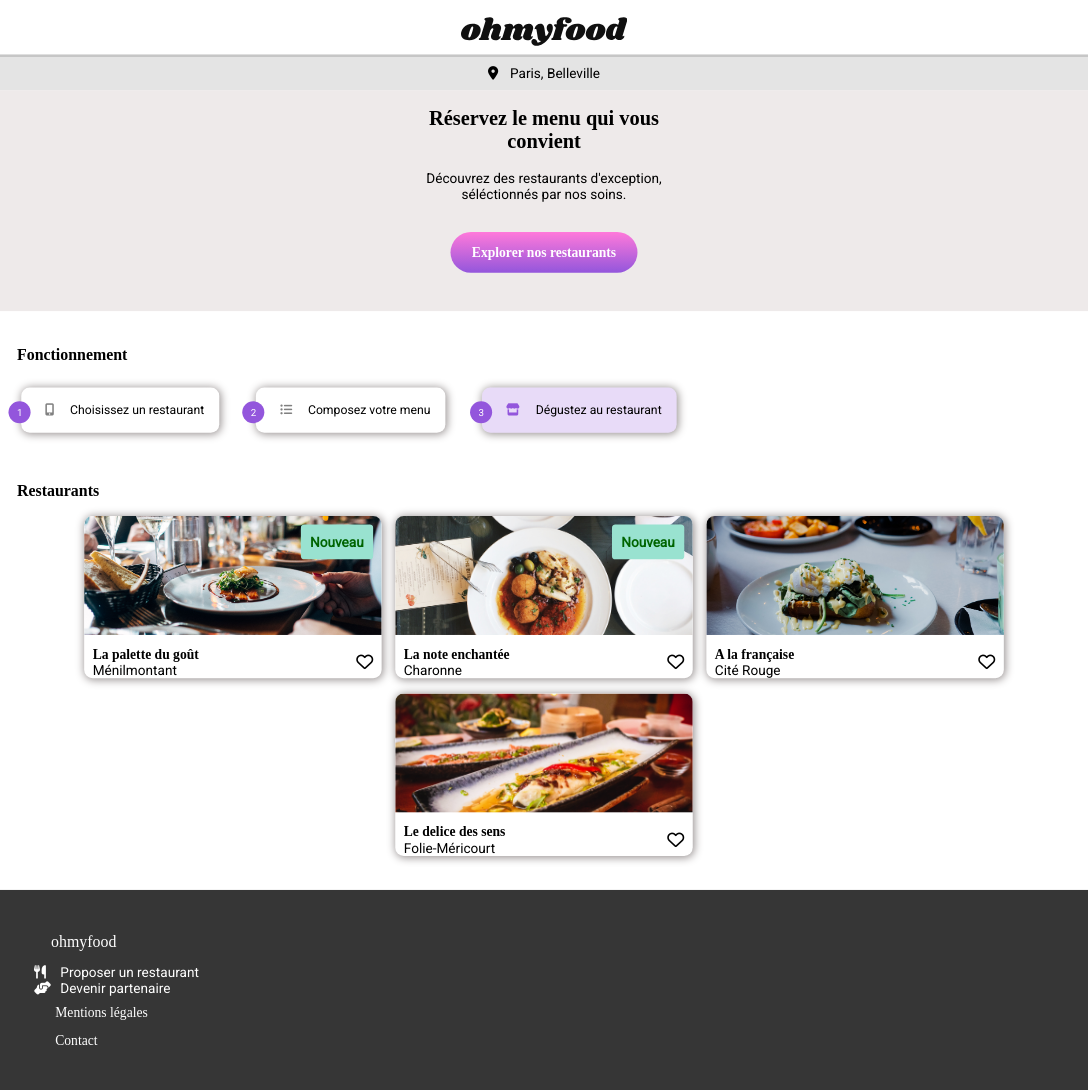
Repository: Micka-17/boimickael_3_16042021
Page: index.html
The author's editor kept a copy of each file at every save. The page is drawn from the files as they stood at one save, then again after the next save.
The browser window is 1280 px wide. The pictures show the whole page, at 85% of full size.
Some web fonts or font styles are not loaded; a fallback is used. Some web libraries are served in a nearby version. The style sheet was rebuilt from its Sass, Less or Tailwind sources for each picture, by a compiler version that may differ from the author's.

Above is the page before, as saved 2021-05-25 08:52:58.

### index.html
<!DOCTYPE html>
<html lang="en">
<head>
    <meta charset="UTF-8">
    <meta http-equiv="X-UA-Compatible" content="IE=edge">
    <meta name="viewport" content="width=device-width, initial-scale=1.0">
    <link rel="stylesheet" href="css/style.css">
    <script src="https://kit.fontawesome.com/7f2b024bdc.js" crossorigin="anonymous"></script>
    <title>OhMyFood</title>
</head>
<body>
    <div id="backgroundloader">
        <div id="loader">
        </div>
    </div>
    <header>
        <div id="logo">
            <img src="images/logo/ohmyfood@2x.svg" alt="OhMyFood">
        </div>
    </header>
    <section id="sec-1">
        <div id="top">
            <div id="paris">
                <p><i class="fas fa-map-marker-alt icon"></i> Paris, Belleville</p>
            </div>
            <div id="reservation">
                <h2 id="center-top1">Réservez le menu qui vous convient</h2>
                <p id="center-top2">Découvrez des restaurants d'exception, séléctionnés par nos soins.</p>
                <a id="btn" href="#sec-3">Explorer nos restaurants</a>
            </div>
        </div>
    </section>
    <section id="sec-2">
        <div class="fonctionnement">
            <h3 class="h3s">Fonctionnement</h3>
            <ul class="bolder">
                <li><p id="number1">1</p><i class="fas fa-mobile-alt icon-top"></i> Choisissez un restaurant</li>
                <li><p id="number2">2</p><i class="fas fa-list-ul icon-top"></i> Composez votre menu</li>
                <li id="li-3"><p id="number3">3</p><i class="fas fa-store icon-top-purple"></i> Dégustez au restaurant</li>
            </ul>
        </div>
    </section>
    <section id="sec-3">
        <h3 class="h3s">Restaurants</h3>
        <div class="choice">
            <a href="pages/la_palette_du_gout.html">
            <div class="card">
                <p class="nouveau">Nouveau</p>
                <img id="new" class="imga" src="images/restaurants/la_palette_du_gout.jpg" alt="la_palette_du_gout">
                <div class="resto">
                    <div>
                        <h4>La palette du goût</h4>
                        <p>Ménilmontant</p>
                    </div>
                    <div class="loveclcik">
                        <i class="far fa-heart love fa-lg"></i>
                        <i class="fas fa-heart loves3"></i>
                    </div>
                </div>
            </div>
            </a>
            <a href="pages/la_note_enchantee.html">
            <div class="card">
                <p class="nouveau">Nouveau</p>
                <img class="imga" src="images/restaurants/la_note_enchantee.jpg" alt="la_note_enchantee">
                <div class="resto">
                    <div>
                        <h4>La note enchantée</h4>
                        <p>Charonne</p>
                    </div>
                    <div class="loveclcik">
                        <i class="far fa-heart love fa-lg"></i>
                        <i class="fas fa-heart loves3"></i>
                    </div>
                </div>
            </div>
            </a>
            <a href="pages/a_la_francaise.html">
            <div class="card">
                <img class="imga" src="images/restaurants/a_la_française.jpg" alt="a_la_française">
                <div class="resto">
                    <div>
                        <h4>A la française</h4>
                        <p>Cité Rouge</p>
                    </div>
                    <div class="loveclcik">
                        <i class="far fa-heart love fa-lg"></i>
                        <i class="fas fa-heart loves3"></i>
                    </div>
                </div>
            </div>
            </a>
            <a href="pages/le_delice_des_sens.html">
            <div class="card">
                <img class="imga" src="images/restaurants/le_delice_des_sens.jpg" alt="le_delice_des_sens">
                <div class="resto">
                    <div>
                        <h4>Le delice des sens</h4>
                        <p>Folie-Méricourt</p>
                    </div>
                    <div class="loveclcik">
                        <i class="far fa-heart love fa-lg"></i>
                        <i class="fas fa-heart loves3"></i>
                    </div>
                </div>
            </div>
            </a>
        </div>
    </section>
    <section id="end">
        <footer>
            <div class="end-ul">
                <h3 id="logo-white">ohmyfood</h3>
                <div>
                    <p><i class="fas fa-utensils icon-footer"></i> Proposer un restaurant</p>
                    <p><i class="fas fa-hands-helping icon-footer"></i> Devenir partenaire</p>
                    <li>Mentions légales</li>
                    <a id="contact" href="mailto:contact@ohmyfood.com"><li>Contact</p></a>
                </div>
            </div>
        </footer>
    </section>
</body>
</html>

### sass/style.scss
@import "./directories/Utils/variables-mixin";
@import "./directories/Base/main.scss";



ul {
    font-family: 'Roboto', sans-serif;
    font-size: 0.9em;
    @media (min-width: 430px) {
        max-width: 450px;
    }
        @media (min-width: 1000px) {
            display: flex;
            min-width: 100%;
        }
}

#backgroundloader {
    position: absolute;
    top: 0;
    left: 0;
    background-color: $color3;
    min-width: 100%;
    height: 100vh;
    animation: loader2 5s;
    animation-fill-mode: both;
  }
#loader {
    position: absolute;
    height: 70px;
    top: 50%;
    right: 50%;
    bottom: 50%;
    left: 50%;
    width: 64px;
    height: 64px;
    border-radius: 50%;
    border: 6px solid rgb(255, 255, 255);
    border-color: $color1 transparent $color2 transparent;
    animation: lds-dual-ring 0.8s infinite, loader 5s;
    animation-delay: 0.2s;
    animation-fill-mode: both;
  }

#contact {
    color: white;
}

.spacediv p {
    font-family: 'Roboto', sans-serif;
    text-overflow: ellipsis;
    overflow: hidden;
    white-space: nowrap;
}

#logo {
    display: flex;
    justify-content: center;
    margin-top: 20px;
    margin-bottom: 10px;
}

#paris {
    display: flex;
    justify-content: center;
    border-top: solid 3px rgba(128, 128, 128, 0.301);
    min-width: 321px;
    padding-top: 10px;
    padding-bottom: 10px;
    background-color: rgba(128, 128, 128, 0.212);
        .icon {
            margin-right: 10px;
        }
}

#reservation {
    display: flex;
    justify-content: center;
    flex-direction: column;
    place-items: center;
    background-color: rgb(238, 234, 234);
    padding-bottom: 45px;
        #btn {
            @include btn();
                &:hover {
                    filter: brightness(1.10);
                    box-shadow: 0px 0px 10px 5px gray;
                }
        }
}

#center-top1 {
    text-align: center;
    margin-top: 20px;
    max-width: 350px;
}

#center-top2 {
    margin-top: 20px;
    margin-bottom: 20px;
    text-align: center;
    max-width: 350px;
}


.icon-top {
    color: gray;
    margin-right: 15px;
    margin-left: 10px;
}

.icon-top-purple {
    color: $color1;
    margin-right: 15px;
    margin-left: 10px;
}

#li-3 {
    background-color: #9256dc36;
}

li {
    background-color: #ffffff;
    border-radius: 10px;
    padding: 18px;
    margin: 18px;
    margin-left: 25px;
    box-shadow: 1px 1px 10px 1px rgb(151, 145, 145);
        #number1 {
            position: absolute;
            top: 462px;
            left: 10px;
            background-color: $color1;
            border-radius: 50px;
            padding: 6px 10px;
            font-size: 0.8em;
            color: white;
                @media (min-width: 1000px) {
                    top: 472px;
                    left: 10px;
                }
        }
            #number2 {
                position: absolute;
                top: 534px;
                left: 10px;
                background-color: $color1;
                border-radius: 50px;
                padding: 6px 10px;
                font-size: 0.8em;
                color: white;
                    @media (min-width: 1000px) {
                        top: 472px;
                        left: 285px;
                    }
            }
                #number3 {
                    position: absolute;
                    top: 607px;
                    left: 10px;
                    background-color: $color1;
                    border-radius: 50px;
                    padding: 6px 10px;
                    font-size: 0.8em;
                    color: white;
                        @media (min-width: 1000px) {
                            top: 472px;
                            left: 553px;
                        }
                }
}

.card {
    background-color: #ffffff;
    border-radius: 10px;
    padding: 0px;
    margin: 8px;
    box-shadow: 1px 1px 10px 1px rgb(151, 145, 145);
        @media (min-width: 375px) {
            min-width: 350px;
        }
}

.imga {
    object-fit: cover;
    border-radius: 10px 10px 0px 0px;
    min-width: 280px;
    max-height: 140px;
    min-height: 140px;
    @media (min-width: 375px) {
        min-width: 100%;
    }
    @media (min-width: 414px) {
        min-width: 100%;
    }
}
.card {
    position: relative;
}
.nouveau {
    position: absolute;
    padding: 0.7rem;
    border-radius: 0.25rem;
    color: darkgreen;
    font-weight: bold;
    right: 10px;
    top: 10px;
    background-color: #99e2d0;
}

.h3s {
    margin: 40px 0px 10px 20px;

}

.choice {
    display: flex;
    flex-direction: column;
    place-items: center;
        .resto {
            display: flex;
            justify-content: space-between;
            align-items: center;
            margin: 10px;
        }
            @media (min-width: 630px) {
                flex-wrap: wrap;
                flex-direction: row;
                justify-content: center;
            }
}


footer {
    margin-top: 30px;
    padding: 10px;
    background-color: rgb(54, 54, 54);
    color: white;
        #logo-white {
            font-family: 'Shrikhand', cursive;
            font-weight: 300;
            margin-bottom: 15px;
            margin-left: 20px;
            margin-top: 10px;
        }
            li {
                background-color: transparent;
                border-radius: 0;
                padding: 5px;
                margin-left: 20px;
                box-shadow: none;
                display: flex;
                margin-top: 5px;
                margin-bottom: 5px;
            }
                .icon-footer {
                    max-width: 2px;
                    max-height: 2px;
                    margin-right: 25px;
                }
                    @media (min-width:1000px) {
                        padding: 40px;
                    }
}


//pages 2

.img-top {
    min-width: 100%;
    max-height: 510px;
}

.arrow {
    position: absolute;
    left: 20px;
    top: 30px;
    color: rgba(0, 0, 0, 0.801);
}
#margtitle {
    margin-left: 15px;
    max-width: 220px;
}
img {
    object-fit: cover;
    max-width: 320px;
}
.titlemargall {
    margin-top: 30px;
    margin-left: 15px;
    border-bottom: solid rgba(55, 224, 55, 0.541);
    max-width: 30px;
}
#middle {
    position: absolute;
    top: 240px;
    min-width: 100%;
    min-height: 980px;
    background-color: rgb(231, 229, 229);
    border-radius: 20px 20px 0px 0;
    padding-top: 30px;
     .entrees {
        @include centre();
        @include capsule();
     }
        .bold {
            font-weight: bold;
            font-size: 1em;
        }
        .bolder {
            font-weight: bold;
            font-size: 0.6m;
                @media (min-width: 1000px) {
                    margin: 15px;
                }
        }
            p {
                font-size: 0.7em;
            }
                .loves1 {
                    position: absolute;
                    right: 15px;
                    color: gray
                }
}

.loves2 {
    display: none;
    opacity: 0;
    background: linear-gradient(0deg,#9356dc,#ff79da);
    background-clip: text;
    -webkit-background-clip: text;
    -moz-background-clip: text;
    -webkit-text-fill-color: transparent;
    position: absolute;
    right: 15px;
}
#margtitle:hover .loves2 {
    animation: fadeout;
    opacity: 1;
    animation-duration: .5s;
    display: inline-block;
    justify-content: center;
}

.loves3 {
    display: none;
    opacity: 0;
    background: linear-gradient(0deg,#9356dc,#ff79da);
    background-clip: text;
    -webkit-background-clip: text;
    -moz-background-clip: text;
    -webkit-text-fill-color: transparent;
    position: absolute;
    right: 8px;
    bottom: 18px;
}
.loveclcik:hover .loves3 {
    animation: fadeout2;
    opacity: 1;
    animation-duration: .5s;
    display: inline-block;
    justify-content: center;
    font-size: 1.5em;
}

#entrees {
    animation: slideup 1s;
    animation-duration: 1s;
}
#plats {
    animation: slideup 1s;
    animation-duration: 5s;
}
#desserts {
    animation: slideup 1s;
    animation-duration: 8s;
}


.entrees, .plats, .desserts {
    cursor: pointer;
        @media (max-width:321px) {
            width: 300px;
        }
        @media (max-width:378px) {
            max-width: 100%;
        }
        @media (max-width:414px) {
            max-width: 100%;
        }
        @media (min-width: 1000px) {
            min-width: 30%;
            min-height: 90px;
            width: 100%;
        }
}

.spacediv {
    width: 100%;
    overflow: hidden;
    @include spacediv();
        @media (min-width: 1000px) {
            justify-content: space-evenly;
        }
}
.plats {
    @include capsule();
    @include centre();
}
.desserts {
    @include capsule();
    @include centre();
}

.responsive {
    @media (min-width: 1000px) {
        display: flex;
        justify-content: center;
    }
}

.responsive-entrees {
    @media (min-width: 1000px) {
        display: flex;
        justify-content: center;
        flex-wrap: wrap;
    }
}

#btnp2 {
    @include btn();
    margin-top: 40px;
        &:hover {
            filter: brightness(1.10);
            box-shadow: 0px 0px 10px 5px gray;
        }
         @media (min-width: 1000px) {
            margin-top: 150px;
         }
}

#placement-btn {
    display: flex;
    justify-content: center;
    place-items: center;
}

.end1 {
    position: absolute;
    top: 1151px;
    min-width: 100%;
}

//page la note enchantee

 .align-price{
    display: flex;
    align-items: flex-end;
    margin-bottom: 8px;
    margin-right: 8px;
}

.check {
    width: 0px;
    transition-duration: 1s;
    font-size: 1.5em;
     & i {
        display: none;
        place-items: center;
        color: white;
     }
}

.entrees:hover .check {
    width: 90px;
    height: 51px;
    background-color: $color3;
    display: flex;
    justify-content: center;
    border-radius: 0 20% 20% 0;
        @media (max-width: 1000px) {
            width: 65px;
        }
            & .rotation {
                display: flex;
                place-items: center;
            }
                & .rond {
                    display: flex;
                    place-items: center;
                    transform-origin: center;
                    animation: spin;
                    animation-duration: 1s;
                }
                    @media (min-width: 1000px) {
                        height: 90px;
                        border-radius: 0 10% 10% 0;
                    }
}


.plats:hover .check {
    width: 90px;
    height: 51px;
    background-color: $color3;
    display: flex;
    justify-content: center;
    border-radius: 0 20% 20% 0;
        @media (max-width: 1000px) {
            width: 65px;
        }
            & .rotation {
                display: flex;
                place-items: center;
            }
                & .rond {
                    display: flex;
                    place-items: center;
                    transform-origin: center;
                    animation: spin;
                    animation-duration: 1s;
                }
                    @media (min-width: 1000px) {
                        height: 90px;
                        border-radius: 0 10% 10% 0;
                    }
}

.desserts:hover .check {
    width: 90px;
    height: 51px;
    background-color: $color3;
    display: flex;
    justify-content: center;
    border-radius: 0 20% 20% 0;
        @media (max-width: 1000px) {
            width: 65px;
        }
            & .rotation {
                display: flex;
                place-items: center;
            }
                & .rond {
                    display: flex;
                    place-items: center;
                    transform-origin: center;
                    animation: spin;
                    animation-duration: 1s;
                }
                    @media (min-width: 1000px) {
                        height: 90px;
                        border-radius: 0 10% 10% 0;
                    }
}

### sass/directories/Utils/_variables-mixin.scss
$color1: #9356DC;
$color2: #FF79DA;
$color3: #99E2D0;

@mixin centre {
    display: flex;
    justify-content: space-between;
}

@mixin capsule {
    background-color: whitesmoke;
    border-radius: 10px;
    box-shadow: 1px 1px 10px 1px rgb(226, 226, 226);
    margin: 10px;
    overflow: hidden;
}
 @mixin spacediv {
    min-height: 35px;
    display: flex;
    flex-direction: column;
    justify-content: space-between;
    padding: 8px;
 }
@mixin btn {
    background: linear-gradient($color2, $color1);
    border-radius: 50px;
    border: none;
    box-shadow: gray;
    color: white;
    font-weight: bold;
    max-width: 200px;
    min-width: 200px;
    margin-top: 15px;
    padding: 15px 10px;
    text-align: center;
    text-decoration: none
}

@keyframes fadein {
    from {
        transform: scaleX(0);
    }

    to {
        transform: scaleX(1);
    }
}

@keyframes fadeout {
    from {
        transform: scaleY(0);
    }

    to {
        transform: scaleY(1);
    }
}
@keyframes fadeout2 {
    from {
        transform: scale(0);
    }

    to {
        transform: scale(1.5);
    }
}

@keyframes spin {
    from {
        transform: rotate(0deg);
    } to {
        transform: rotate(360deg);
    }
}

@keyframes slideup {
    from {
        transform: translateY(50px);
        opacity: 0;
    }
    to {
        transform: translateY(0px);
        opacity: 1;
    }
}


 @keyframes lds-dual-ring {
    0% {
      transform: rotate(0deg);
    }
    50% {
        transform: rotate(180deg);
        opacity: 10%;
      }
    100% {
      transform: rotate(360deg);
    }
  }

@keyframes loader {
    0% {
    opacity: 100%;
    }
    99% {
        opacity: 100%;
    }
    100% {
        opacity: 100%;
        z-index: -1000;
    }
}

@keyframes loader2 {
    0% {
    opacity: 100%;
    z-index: 9999;
    }
    99% {
        opacity: 0;
        z-index: -1000;
    }
    100% {
        opacity: 0;
        z-index: -1000;
    }
}

### sass/directories/Base/main.scss
@import url('https://fonts.googleapis.com/css2?family=Roboto&family=Shrikhand&display=swap');

* {
    margin: 0;
    padding: 0;
    text-decoration: none;
    list-style-type: none;
}
#margtitle {
    font-family: Shrikhand;
    font-weight: 100;
    font-size: 1.2em;
}
p {
    font-family: 'Roboto', sans-serif;
}
a {
    text-decoration: none;
    list-style: none;
    color: rgb(0, 0, 0);
}

After the next save:
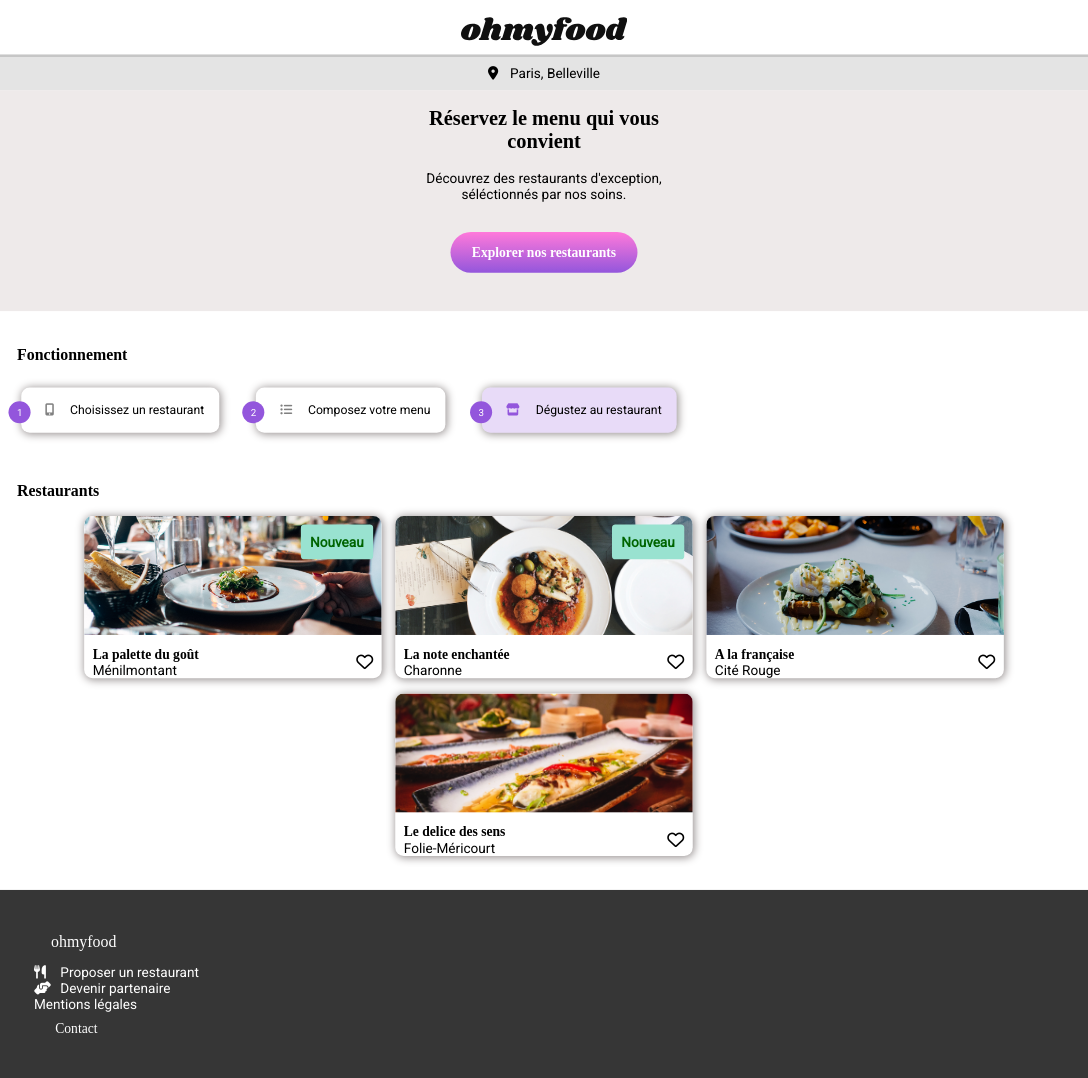
Saved 5 s later.
--- a/index.html
+++ b/index.html
@@ -114,7 +114,7 @@
                 <div>
                     <p><i class="fas fa-utensils icon-footer"></i> Proposer un restaurant</p>
                     <p><i class="fas fa-hands-helping icon-footer"></i> Devenir partenaire</p>
-                    <li>Mentions légales</li>
+                    <p>Mentions légales</li>
                     <a id="contact" href="mailto:contact@ohmyfood.com"><li>Contact</p></a>
                 </div>
             </div>
